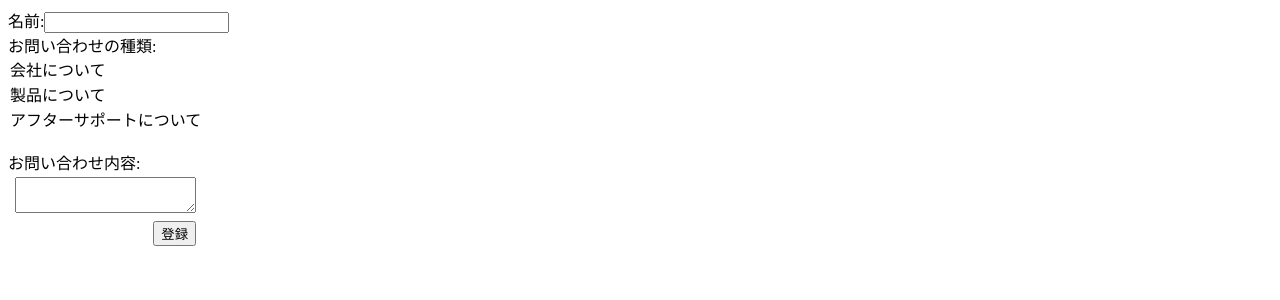
Repository: kanav0208/test
Page: http://localhost/WebProj5/inquiry.jsp
The author's editor kept a copy of each file at every save. The page is drawn from the files as they stood at one save, then again after the next save.
The browser window is 1280 px wide. The pictures show the whole page.
The page is served by Tomcat 9. Other server files are loaded and not shown.

Above is the page before, as saved 2018-01-26 04:39:02.

### WebProj5/WebContent/inquiry.jsp
<%@ page language="java" contentType="text/html; charset=UTF-8" pageEncoding="UTF-8"%>
<%@ taglib prefix="s" uri="/struts-tags" %>
<!DOCTYPE html>
<html>
<head>
<meta charset="UTF-8">
<title>お問い合わせフォーム</title>
</head>
<body>
<s:form method="post" action="InquiryCompleteAction">
名前:<input type="text" name="name"/><br>
お問い合わせの種類:<br>
<option value="company">会社について</option>
<option value="product">製品について</option>
<option value="support">アフターサポートについて</option>
</select>
<br>
お問い合わせ内容:
<s:textarea name="body"/>
<br> <s:submit value="登録"/>
</s:form>
</body>
</html>

After the next save:
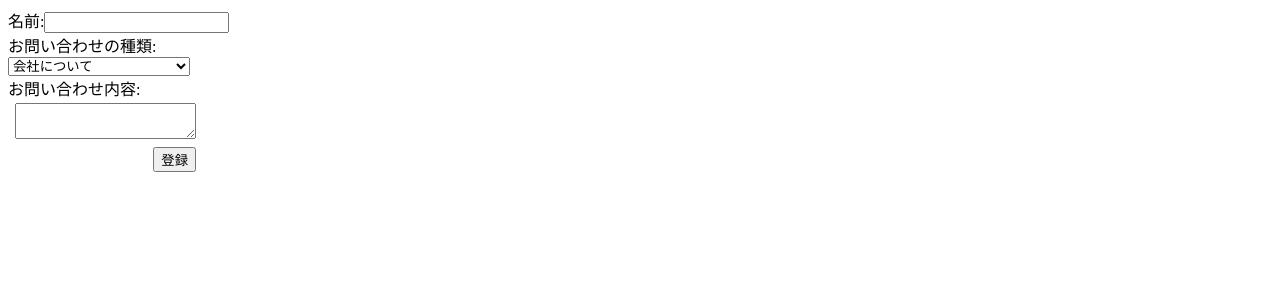
Saved 32 s later.
--- a/WebProj5/WebContent/inquiry.jsp
+++ b/WebProj5/WebContent/inquiry.jsp
@@ -10,6 +10,7 @@
 <s:form method="post" action="InquiryCompleteAction">
 名前:<input type="text" name="name"/><br>
 お問い合わせの種類:<br>
+<select name="qtype">
 <option value="company">会社について</option>
 <option value="product">製品について</option>
 <option value="support">アフターサポートについて</option>
